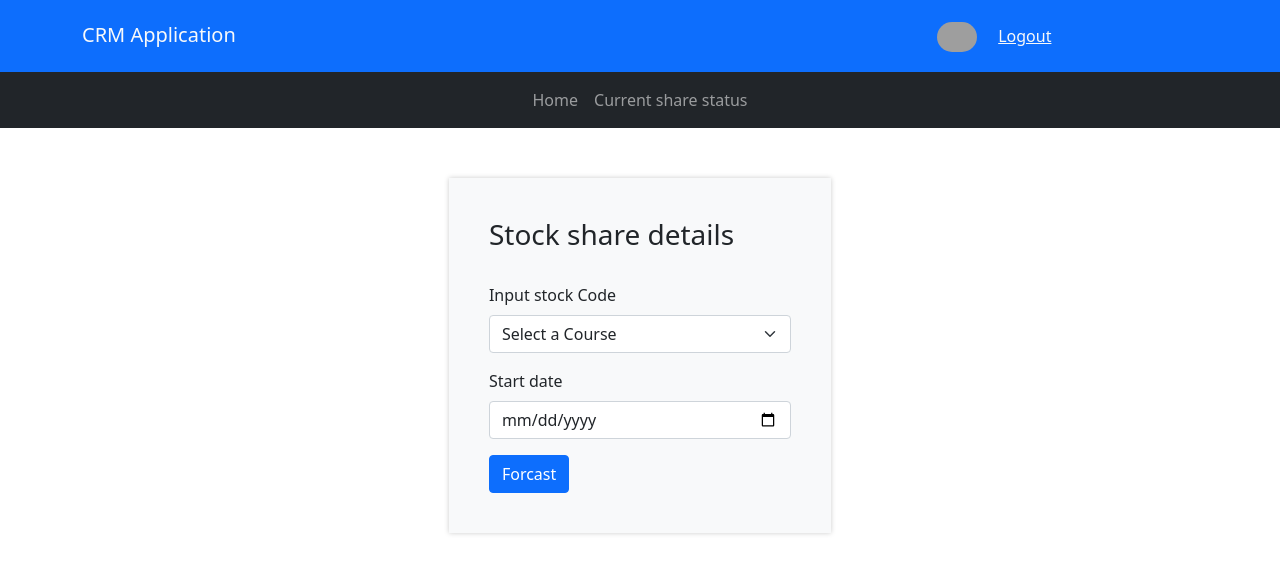
Repository: DevloperSudip/Insight-Dashboard
Page: http://localhost/DashProject/WEB-INF/views/forcastdata.jsp
An editor plug-in stored every save of this project. The page is shown before and after the next save, followed by the edit.
The browser window is 1280 px wide. The pictures show the whole page.
Pictures or frames that could not be fetched are drawn as grey boxes. The page is served by Tomcat 10. Nobody is signed in. Other server files are loaded and not shown. The template is opened directly, without the code that normally fills it, so the values that code supplies are empty.

Above is the page before, as saved 2024-04-24 09:58:52.

### DashProject_FinalProject/DashProject/src/main/webapp/WEB-INF/views/forcastdata.jsp
<%@ page language="java" contentType="text/html; charset=ISO-8859-1"
    pageEncoding="ISO-8859-1"%>
<!DOCTYPE html>
<html>
<head>
<meta charset="ISO-8859-1">
<title>Insert title here</title>
<meta charset="utf-8">
        <meta name="viewport" content="width=device-width, initial-scale=1">
        <link href="https://cdn.jsdelivr.net/npm/bootstrap@5.0.2/dist/css/bootstrap.min.css" rel="stylesheet" />
        <script src="https://cdn.jsdelivr.net/npm/bootstrap@5.0.2/dist/js/bootstrap.bundle.min.js"></script>

        <link rel="stylesheet" type="text/css" href="css/style.css" />

        <script src="https://cdnjs.cloudflare.com/ajax/libs/Chart.js/2.9.4/Chart.js"></script>
        	<script type="text/javascript">
			function getSelectedCourse()
			{
			alert("hello ")
				var selectedcourse = document.getElementById('coursename').value;
				//alert(selectedcourse);

				if(selectedcourse !== "")
				{
					var xhr = new XMLHttpRequest();
					xhr.open("GET", "/getCoursePrices?selectedcourse="+selectedcourse, true);
					xhr.onreadystatechange = function() {
						if(xhr.readyState === 4 && xhr.status === 200)
						{
							var response = JSON.parse(xhr.responseText);

							var product = response;

							var discountedprice = product.discountedprice;
							var originalprice = product.originalprice;

							document.getElementById("originalpriceid").textContent = originalprice;
							document.getElementById("discountedpriceid").textContent = discountedprice;

							$("#priceDivId").css("visibility", "visible");
						}
					};
					xhr.send();
				}
				else
				{
					$("#priceDivId").css("visibility", "hidden");
				}
			}
		</script>
</head>
<body>
 <jsp:include page="header-employee.jsp" />

<div class="container-fluid">
			<div class="container">


				<div class="row">
					<div class="col-3"></div>
					<div class="col-6 d-flex justify-content-center">
						<div class="addemp_div_design bg-light">
							<h3>Stock share details  </h3>
							<br />
							<form action="addEmpForm" method="post" >
								<div class="mb-3">
									<label class="form-label">Input stock Code</label>
									<select  id="coursename" Class="form-select" onchange="getSelectedCourse()">
										<%-- <option value="">Selected Course</option>
										<option items="${model_coursename_list}" /> --%>
										<option value="${model_coursename_list}" disabled selected>Select a Course</option>

									</select>
								</div>
								<div class="mb-3">
									<label class="form-label">Start date</label>
									<input type="date" name="startdate" id="startdate" Class="form-control"/>
								</div>

								<input type="submit" value="Forcast" class="btn btn-primary" />
							</form>
						</div>
					</div>
					<div class="col-3"></div>
				</div>
			</div>
		</div>
</body>
</html>

### DashProject_FinalProject/DashProject/src/main/webapp/WEB-INF/views/header-employee.jsp
<%@ page language="java" contentType="text/html; charset=ISO-8859-1"
    pageEncoding="ISO-8859-1"%>
<!DOCTYPE html>
<html>
	<head>
		<meta charset="ISO-8859-1">
		<title>Insert title here</title>
	</head>
	<body>
		<div class="container-fluid bg-primary header_design">
            <div class="container">
                <div class="row">
                    <div class="col-3">
                        <a href="homeEmployee" class="navbar-brand text-light"> CRM Application </a>
                    </div>
                    <div class="col-6"> </div>
                    <div class="col-3">
                        <a class="navbar-brand text-light" href="profileEmployee">
                            <img src="images/admin_profile_pic.png" alt="" style="width:40px;" class="rounded-pill">
                            ${session_employee.getName()}
                        </a>
                        <a href="logout" class="text-light"> Logout </a>
                    </div>
                </div>
            </div>
        </div>

        <nav class="navbar navbar-expand-sm bg-dark navbar-dark container-fluid">
            <div class="container">
                <button class="navbar-toggler" type="button" data-bs-toggle="collapse" data-bs-target="#collapsibleNavbar">
                    <span class="navbar-toggler-icon"></span>
                </button>
                <div class="collapse navbar-collapse justify-content-center" id="collapsibleNavbar">
                    <ul class="navbar-nav">
                    	<li class="nav-item">
                            <a class="nav-link" href="homeEmployee">Home</a>
                        </li>
                       <!--  <li class="nav-item">
                            <a class="nav-link" href="customerEnquiryPage">Customer's Enquiry</a>
                        </li>
                        <li class="nav-item">
                            <a class="nav-link" href="customerFolloupPage">Customer Follow Ups</a>
                        </li> -->
                    <li class="nav-item">
                            <a class="nav-link" href="forcast">Current share status</a>
                        </li>
                    </ul>
                </div>
            </div>
        </nav>
	</body>
</html>

### DashProject_FinalProject/DashProject/src/main/resources/static/css/style.css
.header_design
{
    height: auto;
    width: 100%;
    float: left;
    padding: 20px;
}
.main_page_banner
{
    height: auto;
    width: auto;
    background-image: url('https://c4.wallpaperflare.com/wallpaper/163/392/912/map-wold-map-technology-world-wallpaper-preview.jpg');
    /* opacity: .8; */
    /* background-size: cover; */
}
.main_page_title
{
    float: left;
    margin-top: 80px;
    font-size: 26px;
    color: white;
    text-shadow: 1px 1px 1px #ffff00;
}
.login_div_design
{
    padding: 40px;
    box-shadow: 0px 0px 5px #cccccc;
    float: left;
    margin-top: 50px;
}
.addemp_div_design
{
    width: 70%;
    padding: 40px;
    box-shadow: 0px 0px 5px #cccccc;
    float: left;
    margin-top: 50px;
}
.form_div_design
{
	width: 100%;
	padding: 40px;
	box-shadow: 0px 0px 5px #cccccc;
	float: left;
    margin-top: 20px;
}
.error_message_design
{
	color: red;
	font-size: 14px;
	font-weight: bold;
}
.course_details_div
{
	height: auto;
	width: auto;
	padding: 20px;
	box-shadow: 0px 0px 5px #cccccc;
}

After the next save:
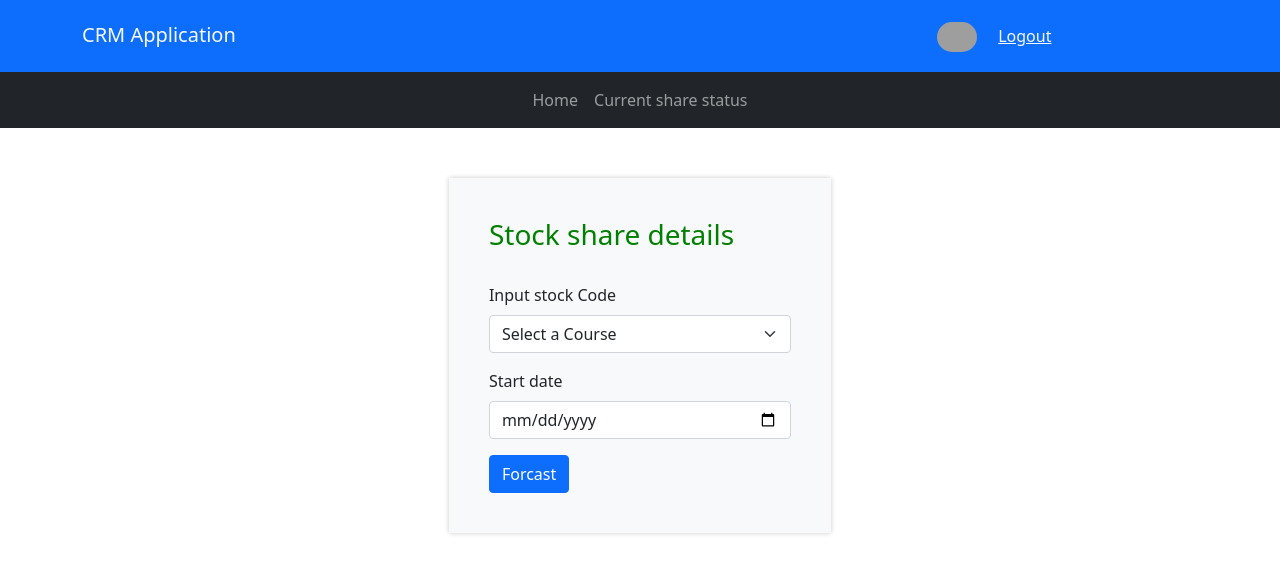
Saved 56 s later.
--- a/DashProject_FinalProject/DashProject/src/main/webapp/WEB-INF/views/forcastdata.jsp
+++ b/DashProject_FinalProject/DashProject/src/main/webapp/WEB-INF/views/forcastdata.jsp
@@ -60,7 +60,7 @@
 					<div class="col-3"></div>
 					<div class="col-6 d-flex justify-content-center">
 						<div class="addemp_div_design bg-light">
-							<h3>Stock share details  </h3>
+							<h3 style="color: green;">Stock share details  </h3>
 							<br />
 							<form action="addEmpForm" method="post" >
 								<div class="mb-3">
